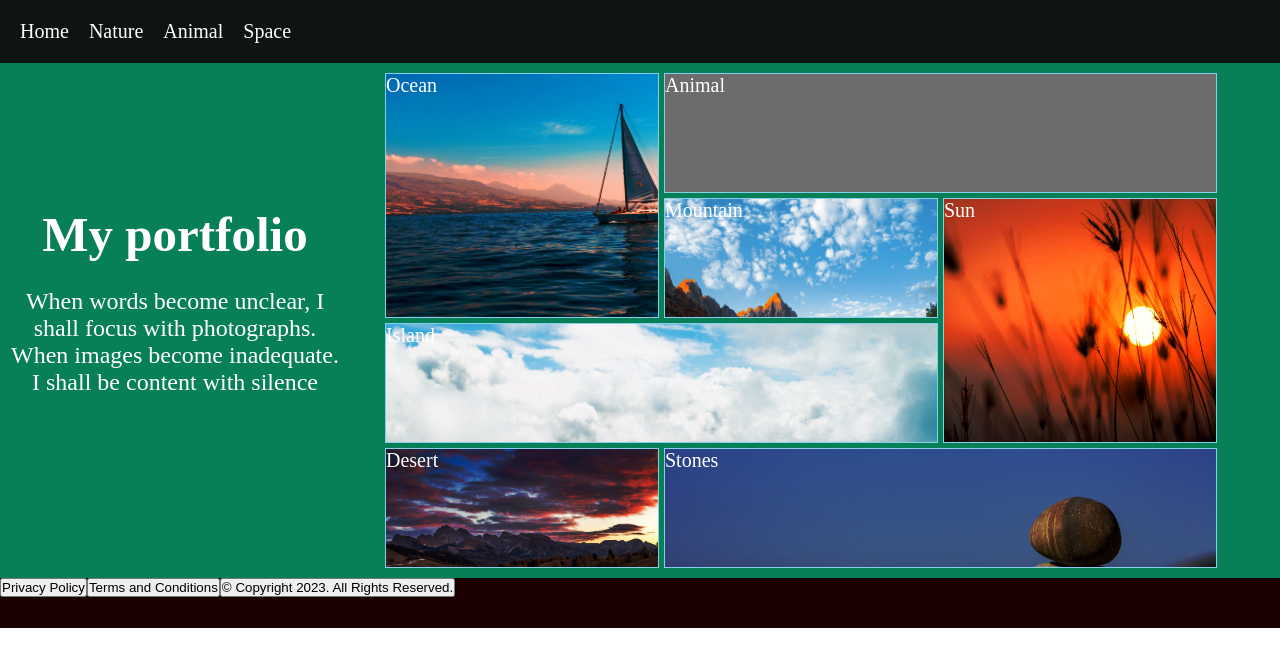
Repository: suraj-yadav7/03_Gallery_Portfolio
Page: index.html
These files come from the project's save history. The page is drawn as it stood at one moment and after the next save; the edit follows.
The browser window is 1280 px wide. The pictures show the whole page.
Pictures or frames that could not be fetched are drawn as grey boxes. Some web fonts or font styles are not loaded; a fallback is used.

Above is the page before, as saved 2023-02-14 21:21:48.

### index.html
<!DOCTYPE html>
<html lang="en">
<head>
    <meta charset="UTF-8">
    <meta http-equiv="X-UA-Compatible" content="IE=edge">
    <meta name="viewport" content="width=device-width, initial-scale=1.0">
    <title>Gallery</title>
    <link rel="stylesheet" href="style.css">
</head>
<body>
    <nav class="nav-section">
        <div class="nav-container">
        <ul class="nav-item flex">
            <li>    <a href="#">Home</a>   </li>
            <li>    <a href="#">Nature</a> </li>
            <li>    <a href="#">Animal</a> </li>
            <li>    <a href="#">Space</a> </li>
        </ul>
        </div>
    </nav>

        <div class="container flex">
            <div class="header-text">
                <h1 class="heading">My portfolio</h1>
                <p class="para">When words become unclear, I shall focus with photographs. When images become inadequate. I shall be content with silence</p>
            </div>
            <div class="gallery-layout">
                <div class="box" id="box1">Ocean</div>
                <div class="box" id="box2">Animal</div>
                <div class="box" id="box3">Mountain</div>
                <div class="box" id="box4">Sun</div>
                <div class="box" id="box5">Island</div>
                <div class="box" id="box6">Desert</div>
                <div class="box" id="box7">Stones</div>
            </div>
        </div>
        <footer>
            <div class="flex">
                <button>Privacy Policy</button>
                <button>Terms and Conditions</button>
                <button>© Copyright 2023. All Rights Reserved.</button>
            </div>
        </footer>
</body>
</html>

### style.css
@import url('https://fonts.googleapis.com/css2?family=Bodoni+Moda:ital,opsz@0,6..96;1,6..96&display=swap');

*{
    margin: 0;
    padding: 0;
    box-sizing: border-box;
}

:root{
    --primary-text-color: #1a0000;
    --secondary-text-color:  #33331a;
    --accent-color:  #cc99ff;
    --accent-dark-color: #4d88ff;
    --padding-inline-section: 20px;
}


/* Utility */


a{
    text-decoration: none;
    color: rgb(255, 255, 255);


}

.flex{
    display: flex;
    align-items: center;

}

/* Nav section */
.nav-container{
    background-color: rgb(14, 20, 20);
    padding: var(--padding-inline-section);
    font-family: 'Bodoni Moda', serif;
    font-size: 20px;


}
.nav-item{
    gap: 20px;
    list-style: none;
}
a:hover{
    color:#fff;
}

/*main -section */
.container{
    background-color: rgb(7, 127, 87);
    padding-block: 10px;
    gap: 35px;
    font-family: "bodoni modo" ;

}
.header-text{
    height: 250px;
   width: 350px;
    color: white;
    text-align: center;
    padding: 10px;

}
.heading{
    font-size: 49px;
}
.para{
    margin-top: 25px;
    font-size: 1.5rem;
}
.gallery-layout{
    display: grid;
    row-gap: 5px;
    column-gap: 5px;
    grid-template-columns: repeat(3, 1fr);
    grid-auto-rows: 120px;
    flex-basis: 65%;

}

.box{
    background-color: rgb(63, 60, 60);
    border: 1px solid skyblue;
    background-size: cover;
    background-position: top;
    background-blend-mode: hard-light;
    transition: all 1s ease-in-out;
    cursor: pointer;
    color: white;
    font-size: 20px;


}
.box:hover{
    background-color:rgb(210, 204, 204) ;
    background-position: center;

    box-shadow: 0 0 4px #fff;

}

#box1{
    grid-row: span 2;
    background-image: url("images/pexels-szelei-robert-1482193.jpg");


}

#box2{
    grid-column: span 2;
    background-image: url("images/pexels-dsd-1829979.jpg");

}
#box3{
    background-image: url("images/pexels-michael-block-3225517.jpg");

}

#box4{
    grid-row: span 2;
    background-image: url("images/pexels-darwis-alwan-1454752.jpg");
}

#box5{
    grid-column: span 2;
    background-image: url("images/pexels-michael-block-3225524.jpg");

}
#box6{
    background-image: url("images/pexels-michal-lizuch-2919720.jpg");

}

#box7{
    grid-column: span 2;
    background-image: url("images/pexels-pixabay-235990.jpg");

}


/* Footer */
footer{
    height: 50px;
    max-width: 100%;
    background-color: #1a0000;
}

/* media queries for Mobile Responsiveness */

@media screen and (max-width: 1024px){

    .container{
        flex-direction: column;
        padding: 20px;
    }
    .box{
        grid-column: span 3;
        grid-row: span 1;

    }
.gallery-layout{
    margin-top:-20px;
    width: 100%;
    grid-auto-rows: 100px;
    padding-inline: 12px;
    row-gap: 10px;

}
#box2, #box5, #box7{
    grid-column: span 3;
}

}

After the next save:
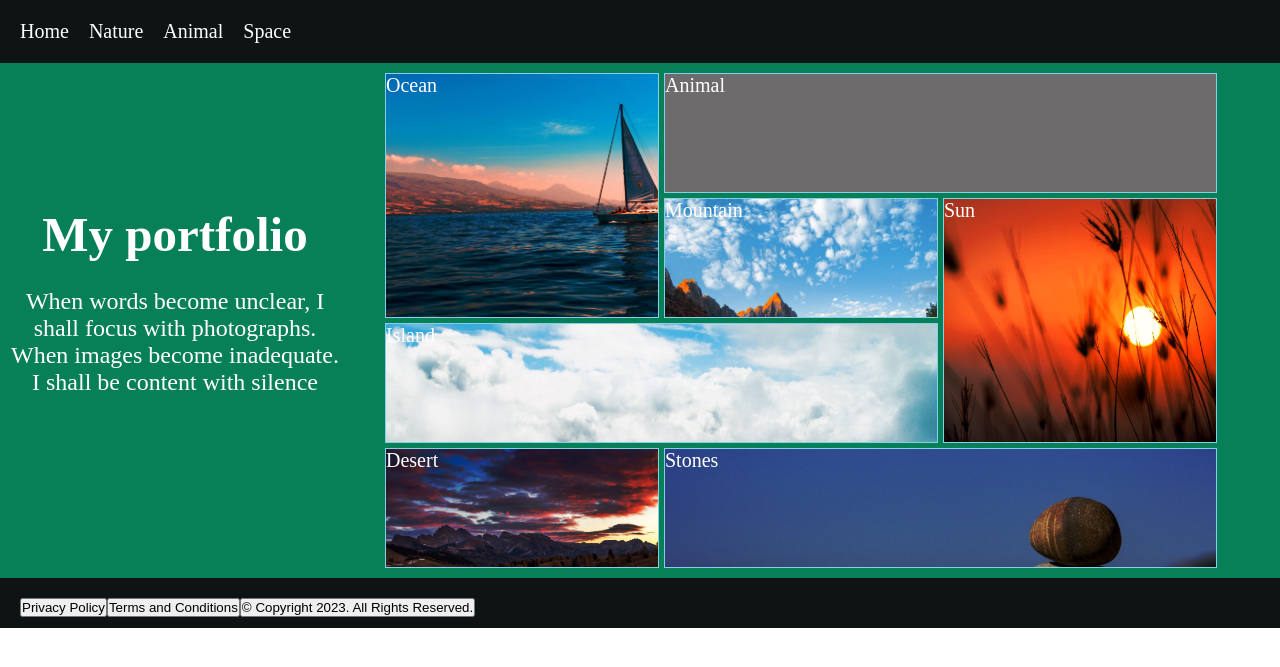
Saved 59 s later.
--- a/style.css
+++ b/style.css
@@ -145,7 +145,10 @@ a:hover{
 footer{
     height: 50px;
     max-width: 100%;
-    background-color: #1a0000;
+    background-color: rgb(14, 20, 20);
+    padding: var(--padding-inline-section);
+    font-family: 'Bodoni Moda', serif;
+    font-size: 20px;
 }
 
 /* media queries for Mobile Responsiveness */
